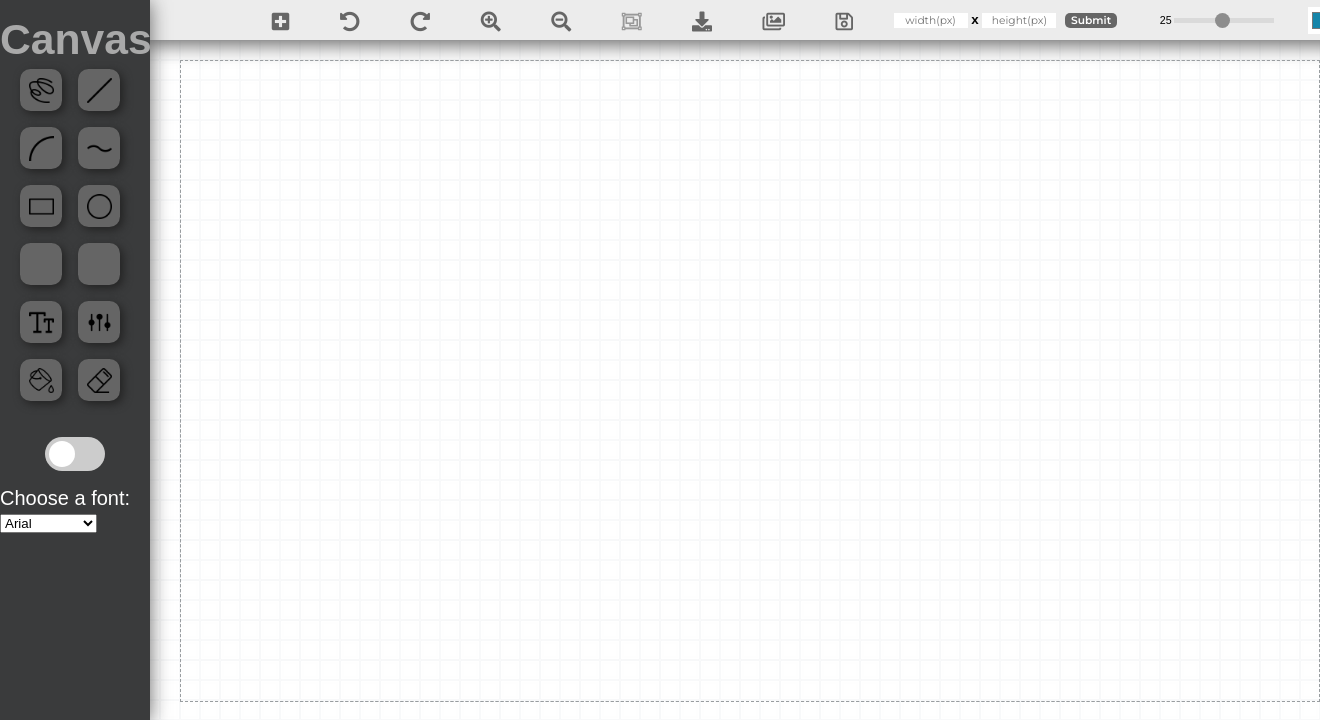
Repository: moryahng/myCanvasProject
Page: index.html
An editor plug-in stored every save of this project. The page is shown before and after the next save, followed by the edit.
The browser window is 1280 px wide. The page is 1320 px wide, so the pictures cover 1320 px, including what lies to the right of the window. The pictures show the whole page.
Some web fonts or font styles are not loaded; a fallback is used.

Above is the page before, as saved 2021-11-11 23:09:47.

After the next save:
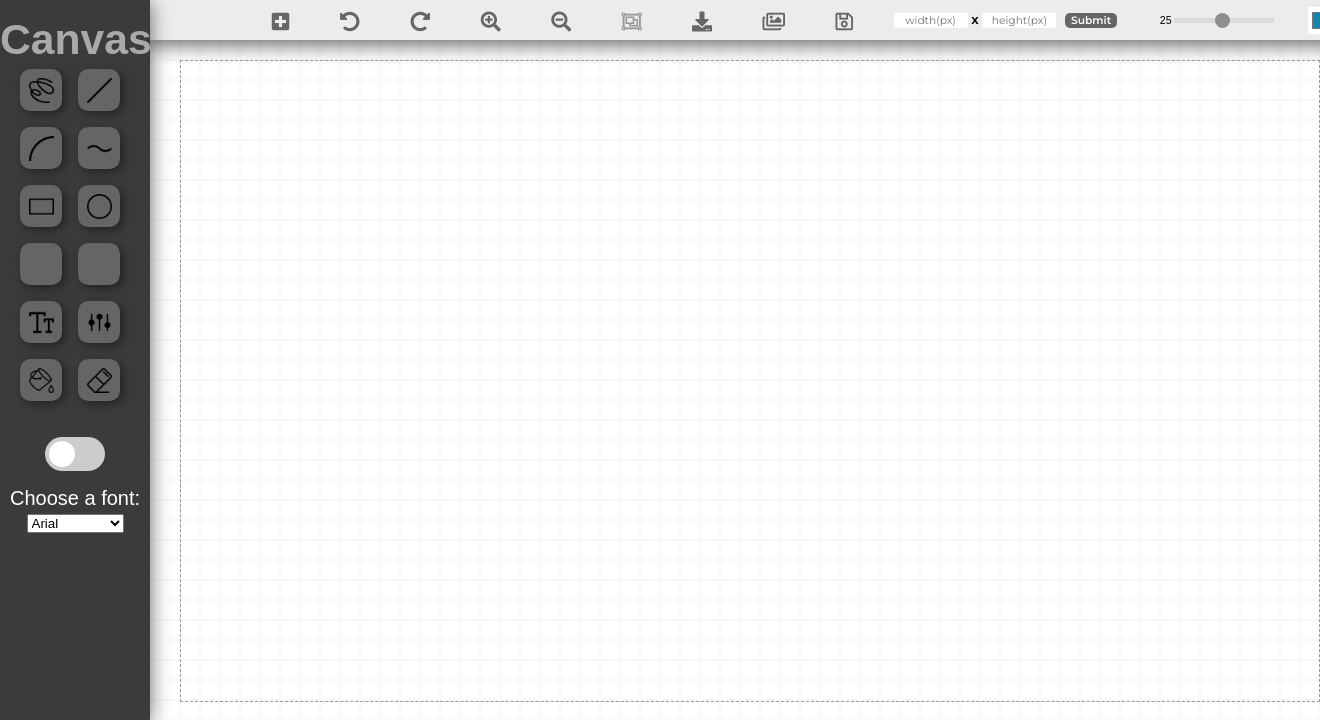
Saved 13 s later.
--- a/style.css
+++ b/style.css
@@ -397,6 +397,6 @@ input:checked + .toggleslider:before {
 .font-setting{
   color: white;
   font-size: 20px;
-  align-items: center;
-
-}
+  text-align: center;
+
+}
